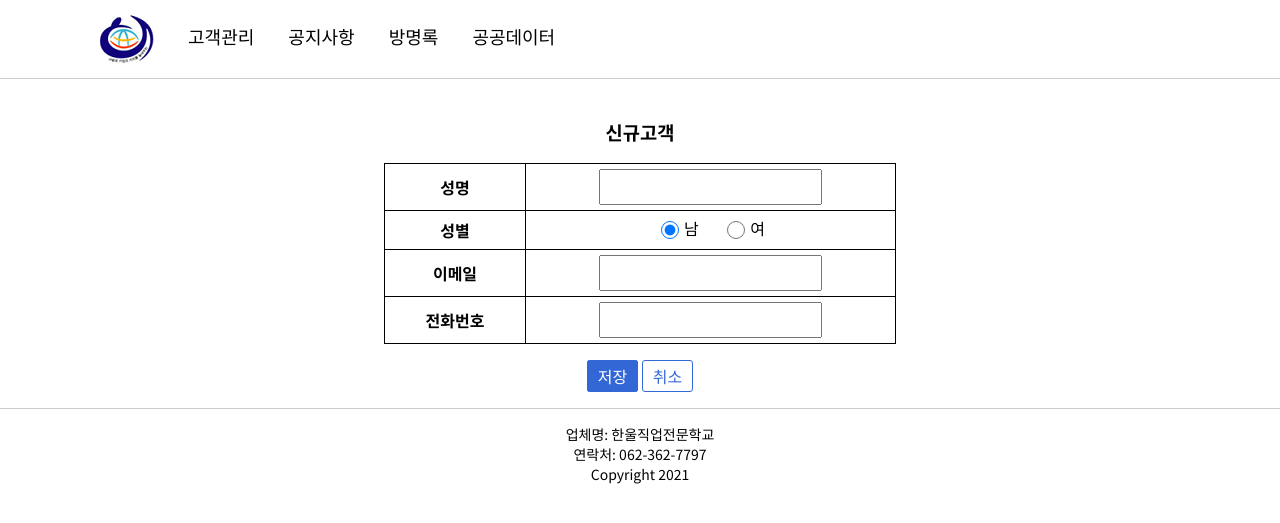
Repository: JSY93/spring-web
Page: http://localhost/iot/WEB-INF/views/customer/new.jsp
The author's editor kept a copy of each file at every save. The page is drawn from the files as they stood at one save, then again after the next save.
The browser window is 1280 px wide. The pictures show the whole page.
The page is served by Tomcat 9. Nobody is signed in. The template is opened directly, without the code that normally fills it, so the values that code supplies are empty.

Above is the page before, as saved 2021-01-12 05:34:54.

After the next save:
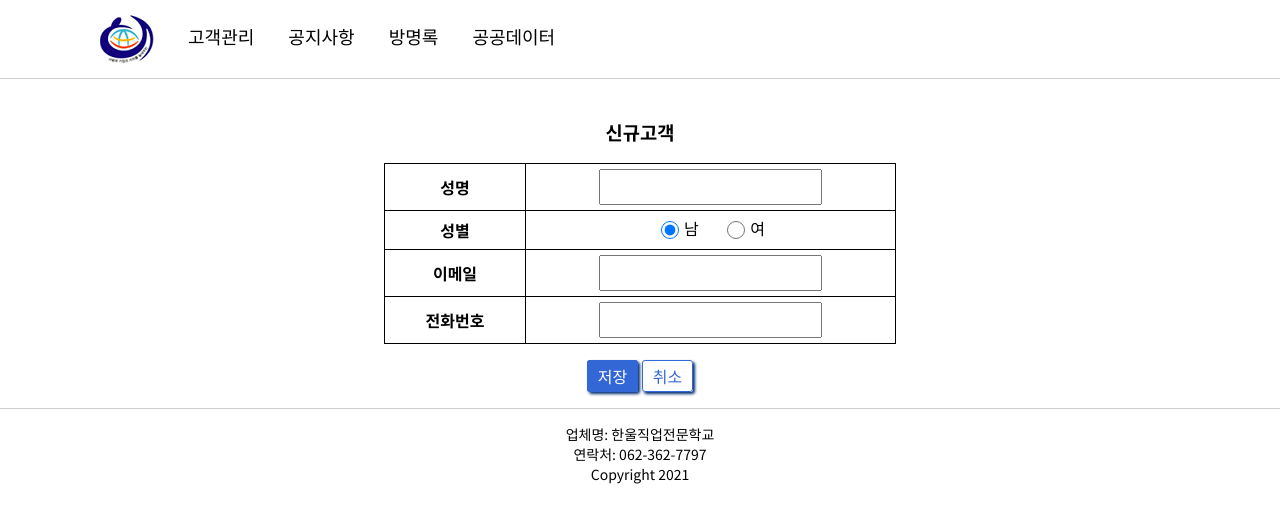
Saved 77 s later.
--- a/Study_Spring/iot/src/main/webapp/resources/css/common.css
+++ b/Study_Spring/iot/src/main/webapp/resources/css/common.css
@@ -27,6 +27,7 @@ a.btn-fill, a.btn-empty {
 	padding: 3px 10px;
 	border:1px solid #3367d6;
 	border-radius:3px;
+	box-shadow:2px 2px 3px #022d72;
 }
 a.btn-fill {
 	background-color: #3367d6;
